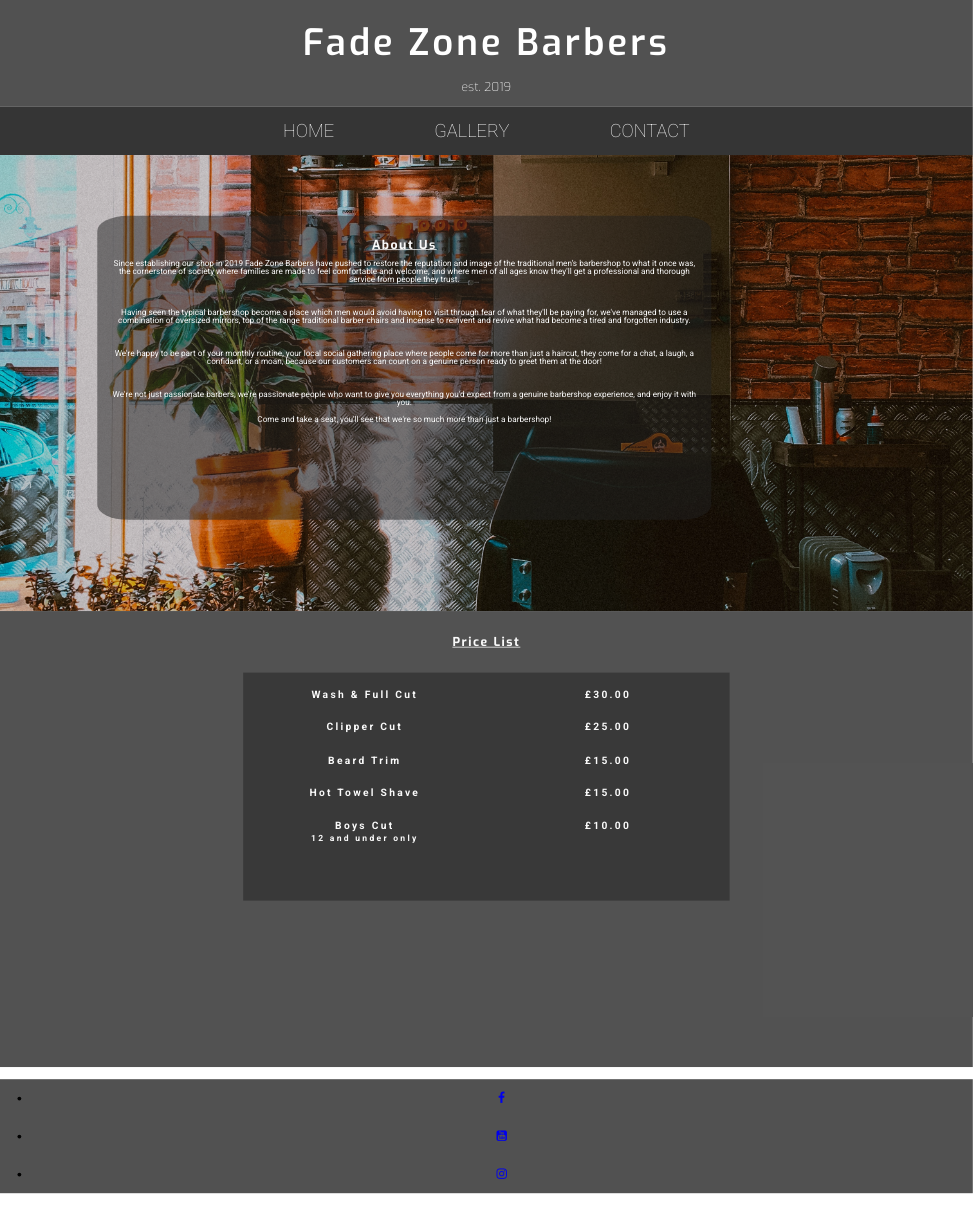
Repository: Boofy360/fade-zone-barbers
Page: index.html
The author's editor kept a record of every edit. The page is drawn from the files as they stood at one moment, then again after the next edit.
The browser window is 1280 px wide. The pictures show the whole page, at 76% of full size.

Above is the page before.

After the next edit:
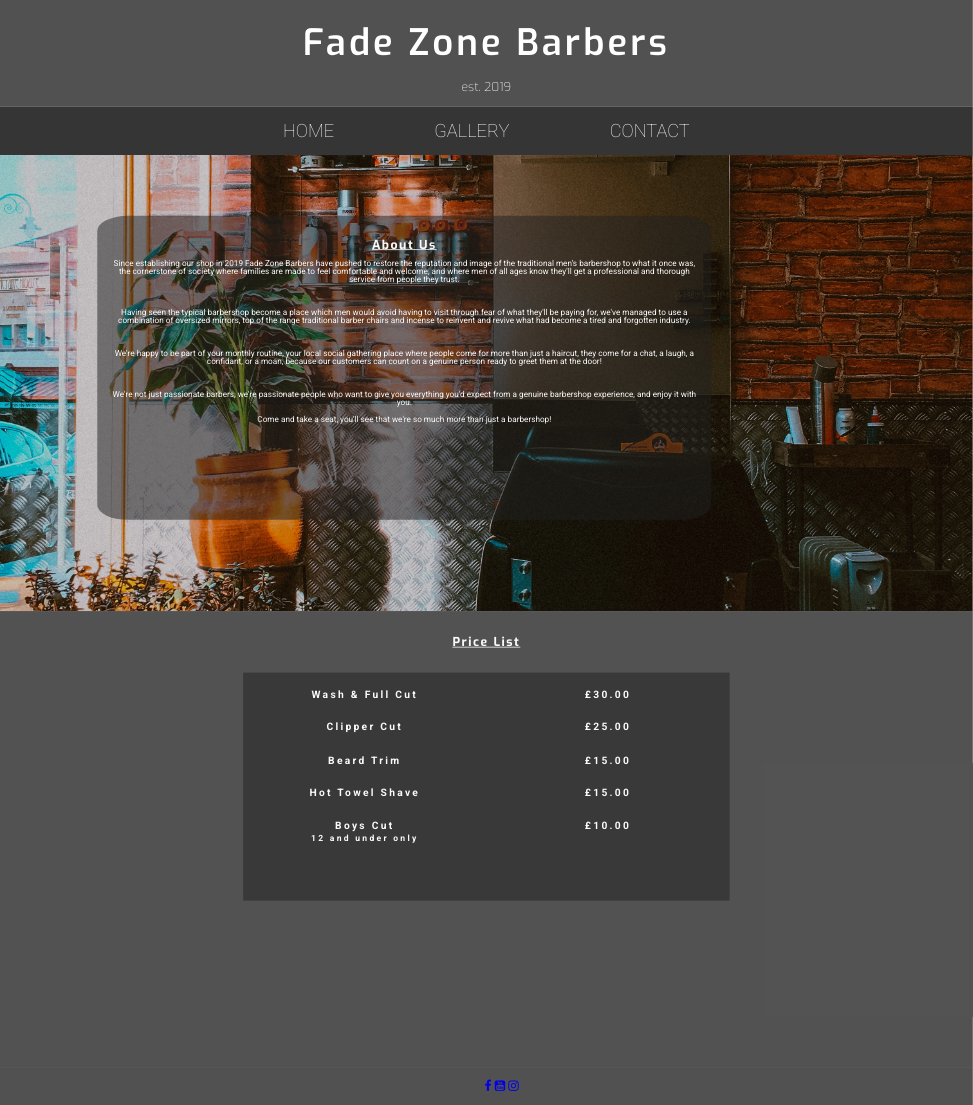
The edit:
--- a/index.html
+++ b/index.html
@@ -70,7 +70,7 @@
             </div>
     </section>
     <footer>
-        <ul>
+        <ul id="social-networks">
             <li><a href="https://www.facebook.com" target="_blank"><i class="fa fa-facebook"></i></a></li>
             <li><a href="https://www.twitter.com" target="_blank"><i class="fa fa-youtube-square"></i></a></li>
             <li><a href="https://www.instagram.com" target="_blank"><i class="fa fa-instagram"></i></a></li>
